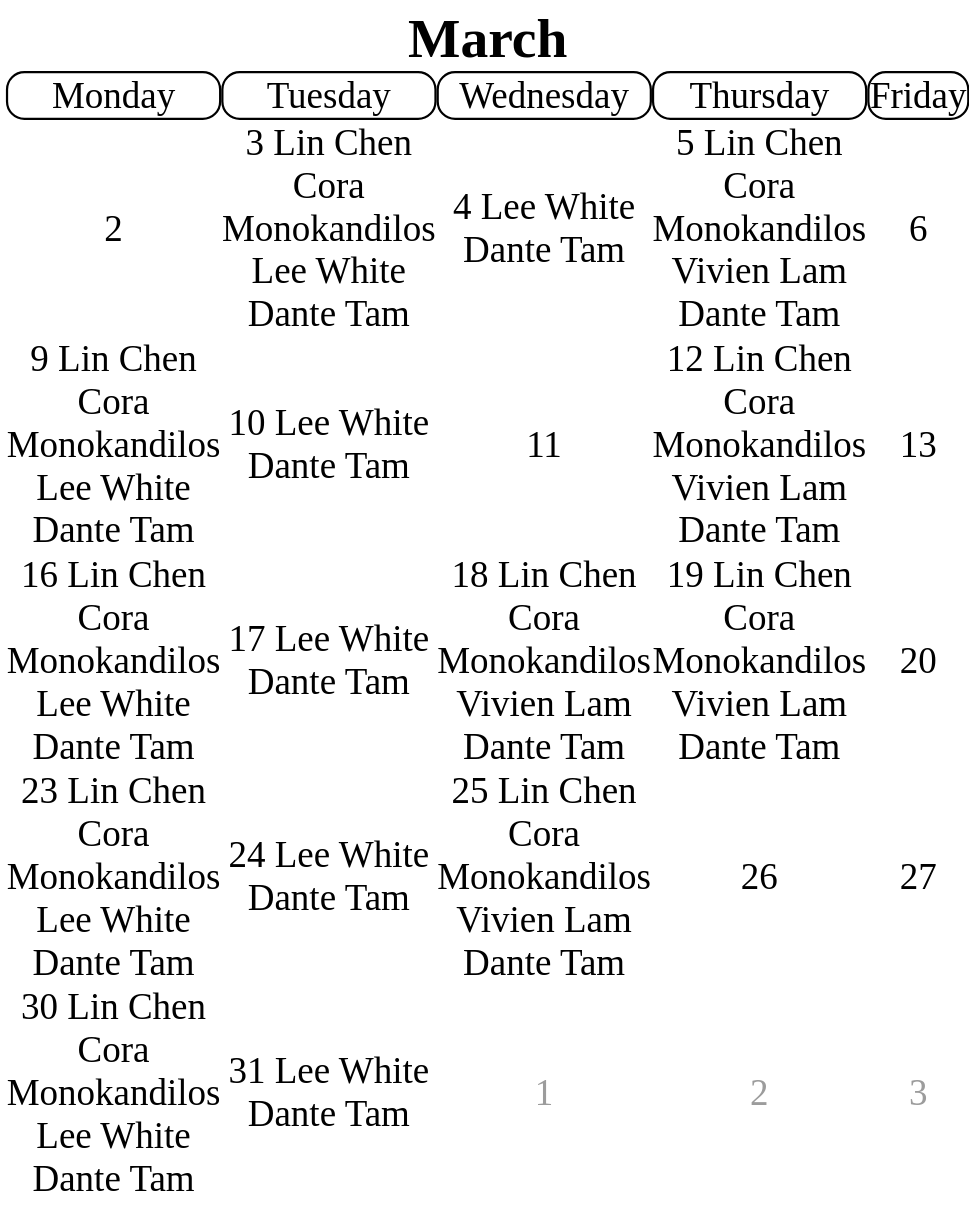
Repository: shleewhite/missionBitCalendar
Page: views/mar.html
The author's editor kept a record of every edit. The page is drawn from the files as they stood at one moment, then again after the next edit.
The browser window is 1280 px wide. The page is 1310 px wide, so the pictures cover 1310 px, including what lies to the right of the window. The pictures show the whole page, at 74% of full size.

Above is the page before.

After the next edit:
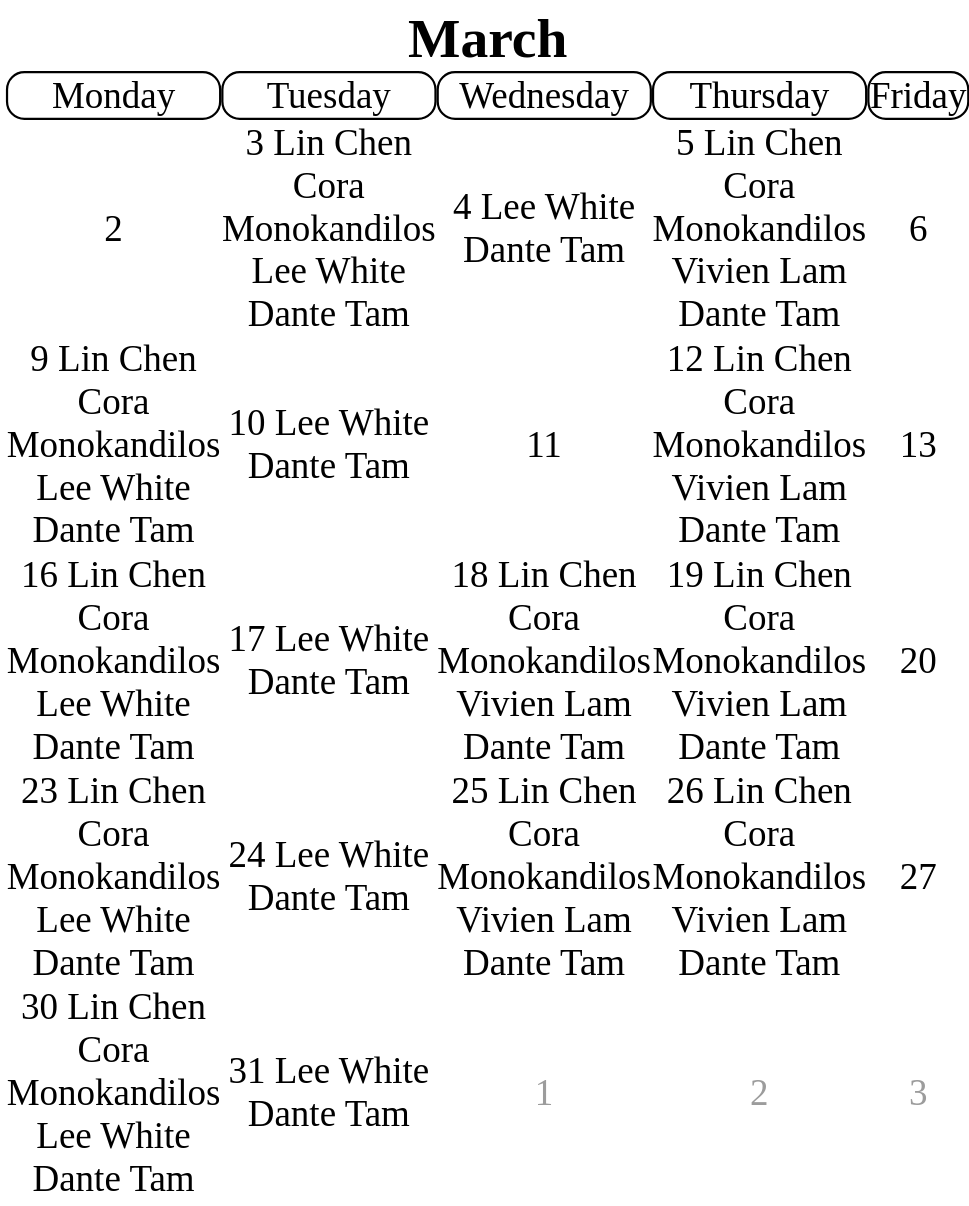
The edit:
--- a/views/mar.html
+++ b/views/mar.html
@@ -37,7 +37,7 @@
                 <td>23 Lin Chen<br>Cora Monokandilos<br>Lee White<br>Dante Tam</td>
                 <td>24 Lee White<br>Dante Tam</td>
                 <td>25 Lin Chen<br>Cora Monokandilos<br>Vivien Lam<br>Dante Tam</td>
-                <td>26</td>
+                <td>26 Lin Chen<br>Cora Monokandilos<br>Vivien Lam<br>Dante Tam</td>
                 <td>27</td>
             </tr>
             <tr>
